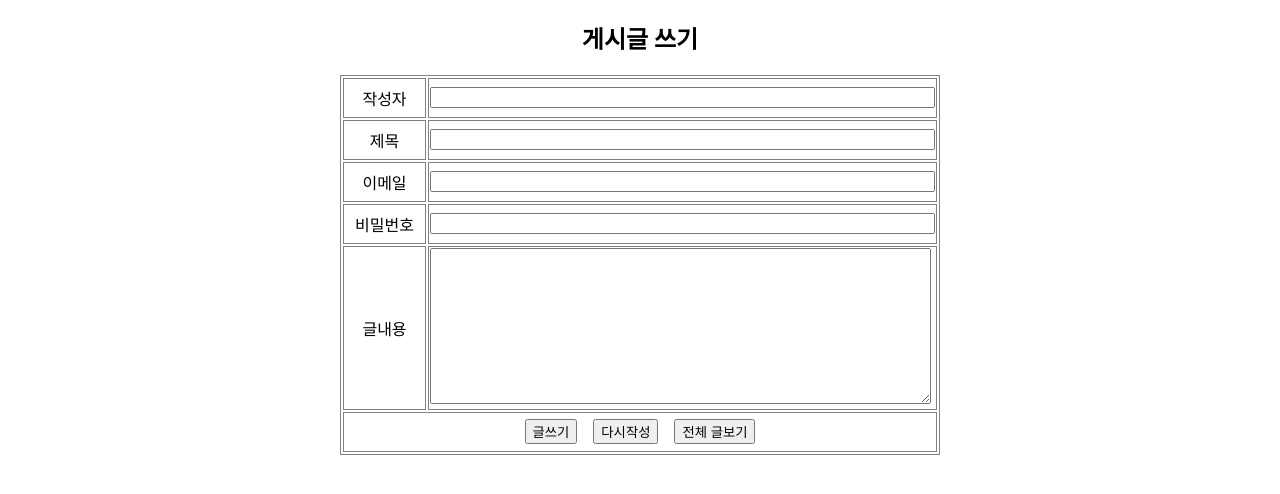
Repository: kdw1437/CreateBoardProject
Page: http://localhost/Board/BoardWriteForm.jsp
An editor plug-in stored every save of this project. The page is shown before and after the next save, followed by the edit.
The browser window is 1280 px wide. The pictures show the whole page.
The page is served by Tomcat 9.

Above is the page before, as saved 2024-08-07 05:55:53.

After the next save:
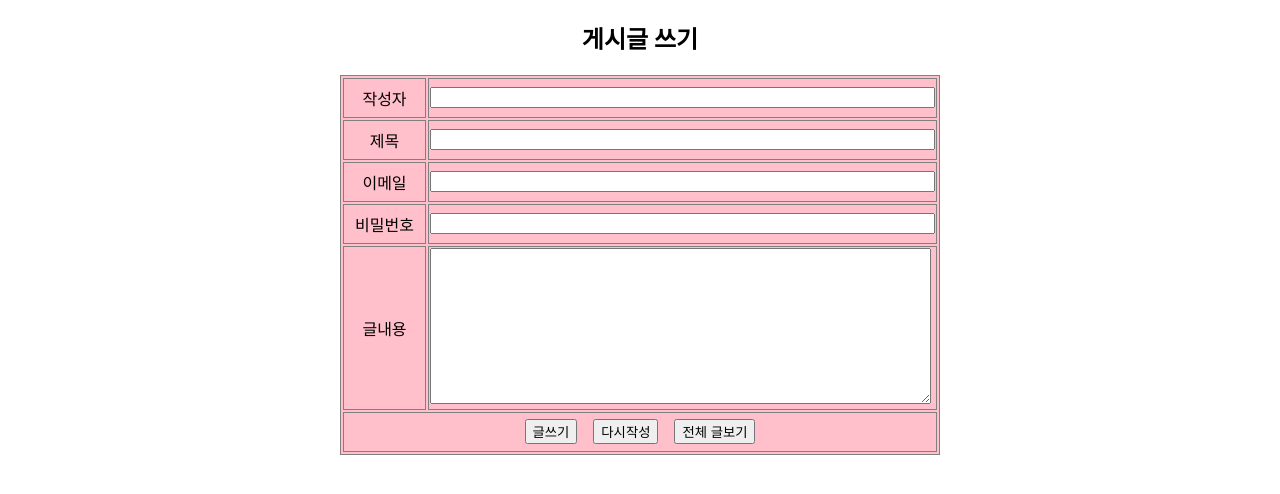
Saved 31 s later.
--- a/Board/src/main/webapp/BoardWriteForm.jsp
+++ b/Board/src/main/webapp/BoardWriteForm.jsp
@@ -8,7 +8,7 @@
 <h2> 게시글 쓰기 </h2>
 
 <form action="BoardWriteProc.jsp" method="post">
-<table width="600" border="1" bordercolor="gray">
+<table width="600" border="1" bordercolor="gray" bgcolor="pink">
 	<tr height="40">
 		<td align="center" width="150"> 작성자 </td>
 		<td width="450"> <input type="text" name="writer" size="60"></td>
